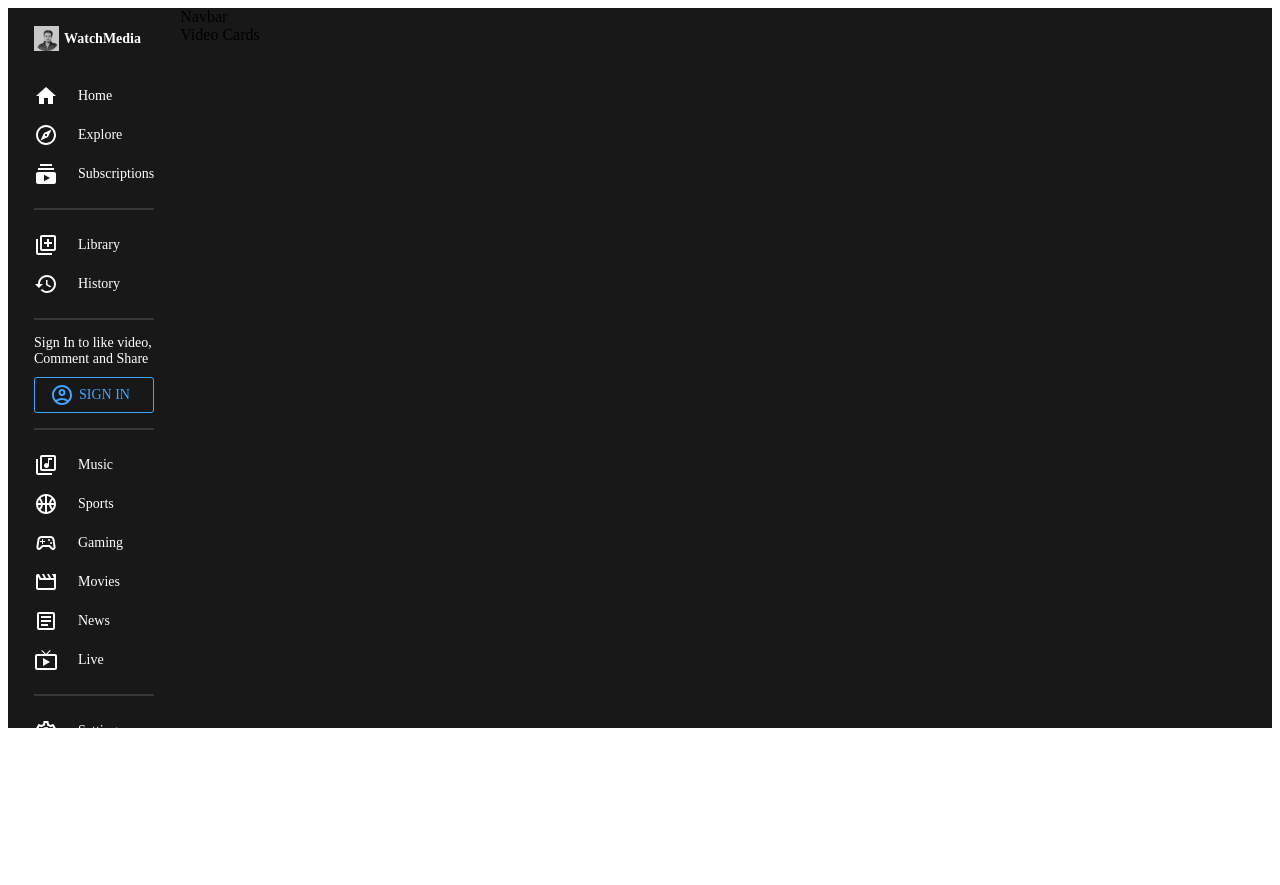
Repository: inzamamahmad3/final-year-project-skeleton
Page: /
These files come from the project's save history. The page is drawn as it stood at one moment and after the next save; the edit follows.
The browser window is 1280 px wide. The pictures show the whole page.
The project was rebuilt for these pictures with package versions that can differ from the ones it lists, and the page was loaded fresh each time.

Above is the page before, as saved 2023-07-18 11:12:22.

### src/App.js
import styled, { ThemeProvider } from "styled-components";
import Menu from "./components/Menu";
import Navbar from "./components/Navbar";
import { darkTheme } from "./utils/Theme";

const Container = styled.div`
  display: flex;
`;
const Main = styled.div`
  flex: 7;
  background-color: #181818;
`;
const Wrapper = styled.div``;

function App() {
  return (
    <>
      <ThemeProvider theme={darkTheme}>
        <Container>
          <Menu />
          <Main>
            <Navbar />
            <Wrapper>Video Cards</Wrapper>
          </Main>
        </Container>
      </ThemeProvider>
    </>
  );
}

export default App;

### src/components/Menu.jsx
import React from "react";
import styled from "styled-components";
import watch from "../img/pic.png";
import HomeIcon from "@mui/icons-material/Home";
import ExploreOutlinedIcon from "@mui/icons-material/ExploreOutlined";
import SubscriptionsIcon from "@mui/icons-material/Subscriptions";
import LibraryAddOutlinedIcon from "@mui/icons-material/LibraryAddOutlined";
import HistoryOutlinedIcon from "@mui/icons-material/HistoryOutlined";
import LibraryMusicOutlinedIcon from "@mui/icons-material/LibraryMusicOutlined";
import SportsEsportsOutlinedIcon from "@mui/icons-material/SportsEsportsOutlined";
import SportsBasketballOutlinedIcon from "@mui/icons-material/SportsBasketballOutlined";
import MovieOutlinedIcon from "@mui/icons-material/MovieOutlined";
import ArticleOutlinedIcon from "@mui/icons-material/ArticleOutlined";
import LiveTvOutlinedIcon from "@mui/icons-material/LiveTvOutlined";
import AccountCircleOutlinedIcon from "@mui/icons-material/AccountCircleOutlined";
import SettingsOutlinedIcon from "@mui/icons-material/SettingsOutlined";
import FlagOutlinedIcon from "@mui/icons-material/FlagOutlined";
import HelpOutlineOutlinedIcon from "@mui/icons-material/HelpOutlineOutlined";
import SettingsBrightnessOutlinedIcon from "@mui/icons-material/SettingsBrightnessOutlined";
import { Link } from "react-router-dom";

const Container = styled.div`
  flex: 1;
  background-color: ${({ theme }) => theme.bg};
  height: 100vh;
  color: white;
  font-size: 14px;
  position: sticky;
  top: 0;
`;

const Wrapper = styled.div`
  padding: 18px 26px;
`;

const Logo = styled.div`
  display: flex;
  align-items: center;
  gap: 5px;
  font-weight: bold;
  margin-bottom: 25px;
`;

const Item = styled.div`
  display: flex;
  align-items: center;
  gap: 20px;
  cursor: pointer;
  padding: 7.5px 0px;
`;

const Img = styled.img`
  height: 25px;
`;

const Hr = styled.hr`
  margin: 15px 0px;
  border: 0.5px solid #373737;
`;

const Login = styled.div``;
const Button = styled.div`
  padding: 5px 15px;
  background-color: transparent;
  border: 1px solid #3ea6ff;
  color: #3ea6ff;
  border-radius: 3px;
  font-weight: 500;
  margin-top: 10px;
  cursor: pointer;
  display: flex;
  align-items: center;
  gap: 5px;
`;

function Menu() {
  return (
    <Container>
      <Wrapper>
        <Logo>
          <Img src={watch} />
          WatchMedia
        </Logo>
        <Item>
          <HomeIcon />
          Home
        </Item>
        <Item>
          <ExploreOutlinedIcon />
          Explore
        </Item>
        <Item>
          <SubscriptionsIcon />
          Subscriptions
        </Item>
        <Hr />
        <Item>
          <LibraryAddOutlinedIcon />
          Library
        </Item>
        <Item>
          <HistoryOutlinedIcon />
          History
        </Item>
        <Hr />
        <Login>
          Sign In to like video, Comment and Share
          <Button>
            {" "}
            <AccountCircleOutlinedIcon /> SIGN IN
          </Button>
        </Login>
        <Hr />
        <Item>
          <LibraryMusicOutlinedIcon />
          Music
        </Item>
        <Item>
          <SportsBasketballOutlinedIcon />
          Sports
        </Item>
        <Item>
          <SportsEsportsOutlinedIcon />
          Gaming
        </Item>
        <Item>
          <MovieOutlinedIcon />
          Movies
        </Item>
        <Item>
          <ArticleOutlinedIcon />
          News
        </Item>
        <Item>
          <LiveTvOutlinedIcon />
          Live
        </Item>
        <Hr />
        <Item>
          <SettingsOutlinedIcon />
          Settings
        </Item>
        <Item>
          <FlagOutlinedIcon />
          Report
        </Item>
        <Item>
          <HelpOutlineOutlinedIcon />
          Help
        </Item>
        <Item>
          <SettingsBrightnessOutlinedIcon />
          Dark Mode
        </Item>
      </Wrapper>
    </Container>
  );
}

export default Menu;

### src/utils/Theme.js
export const darkTheme = {
  bg: "#181818",
  bgLighter: "#202020",
  text: "white",
  textSoft: "#aaaaaa",
  soft: "#373737",
};
export const lightTheme = {
  bg: "#f9f9f9",
  bgLighter: "white",
  text: "black",
  textSoft: "#606060",
  soft: "#f5f5f5",
};

Loaded but not shown: public/index.html (common file); src/index.js (common file); src/components/Navbar.jsx (common file)

After the next save:
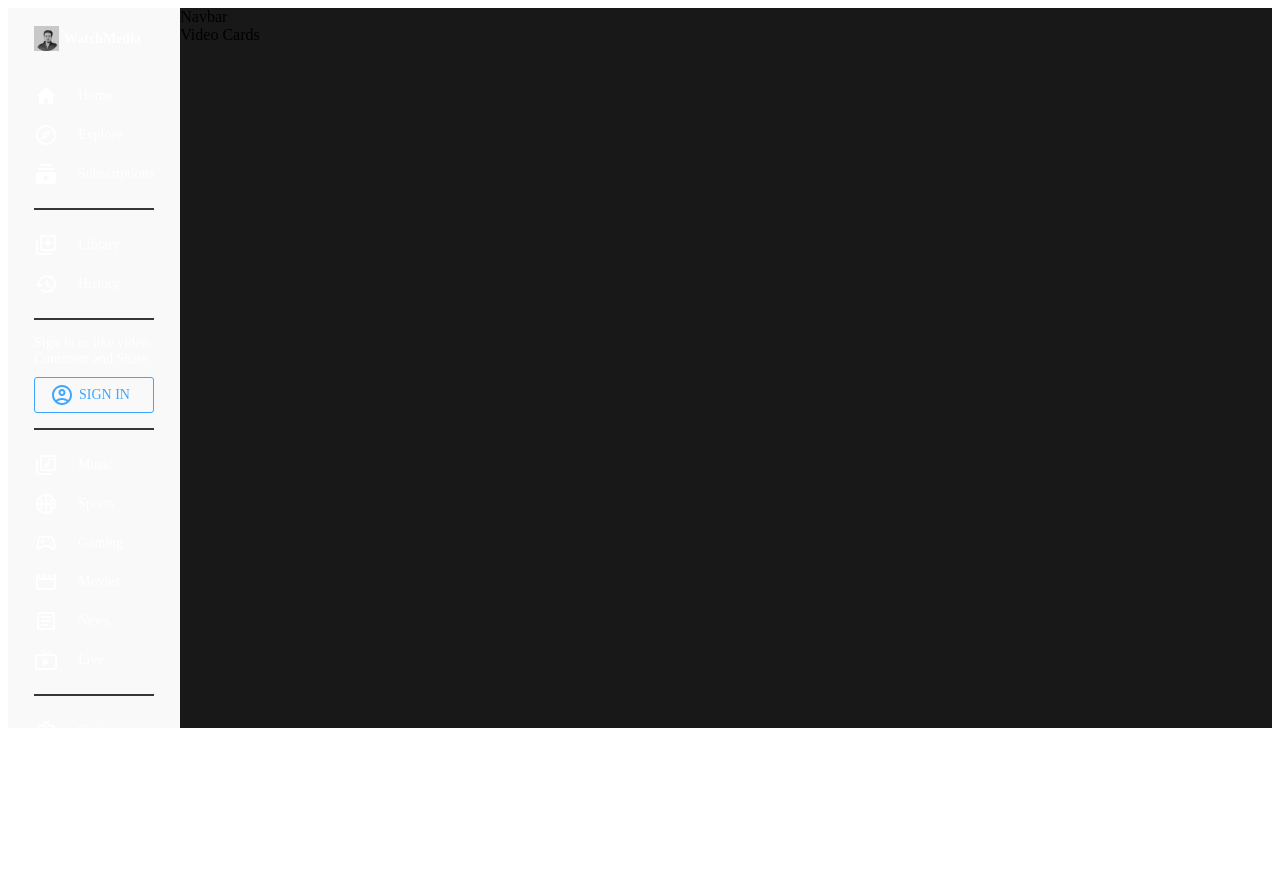
Saved 52 s later.
--- a/src/App.js
+++ b/src/App.js
@@ -1,7 +1,7 @@
 import styled, { ThemeProvider } from "styled-components";
 import Menu from "./components/Menu";
 import Navbar from "./components/Navbar";
-import { darkTheme } from "./utils/Theme";
+import { darkTheme, lightTheme } from "./utils/Theme";
 
 const Container = styled.div`
   display: flex;
@@ -15,7 +15,7 @@ const Wrapper = styled.div``;
 function App() {
   return (
     <>
-      <ThemeProvider theme={darkTheme}>
+      <ThemeProvider theme={lightTheme}>
         <Container>
           <Menu />
           <Main>
